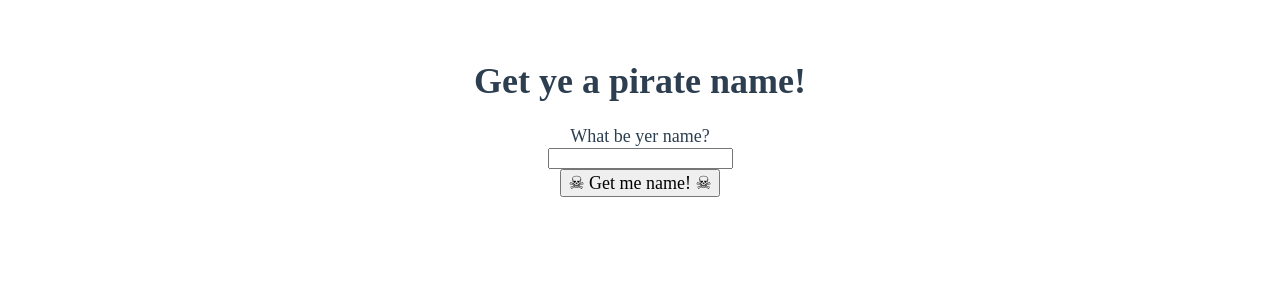
Repository: tessaSAC/pirate-namer
Page: /
An editor plug-in stored every save of this project. The page is shown before and after the next save, followed by the edit.
The browser window is 1280 px wide. The pictures show the whole page.
Some web fonts or font styles are not loaded; a fallback is used. The project was rebuilt for these pictures with package versions that can differ from the ones it lists, and the page was loaded fresh each time. Also part of the build but not shown: vite.config.js.

Above is the page before, as saved 2021-08-05 20:10:37.

After the next save:
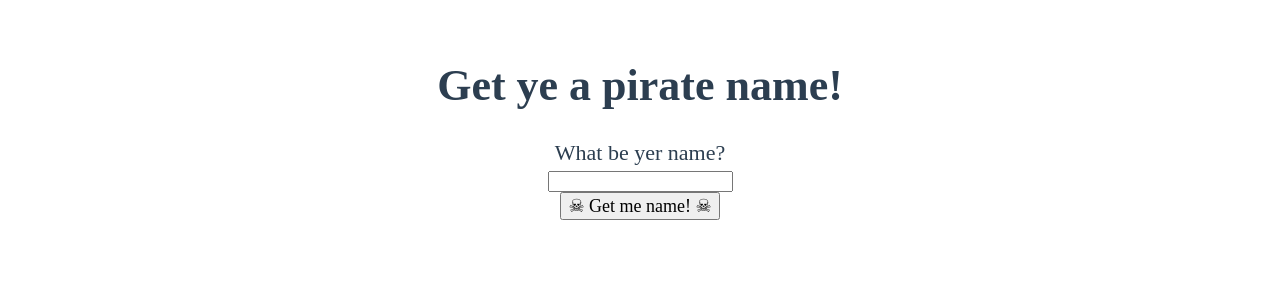
Saved 6 s later.
--- a/src/App.vue
+++ b/src/App.vue
@@ -196,7 +196,7 @@ export default {
   color: #2c3e50;
   margin-top: 60px;
 
-  font-size: 18px;
+  font-size: 22px;
 
   button {
     font-family: Miniver;
